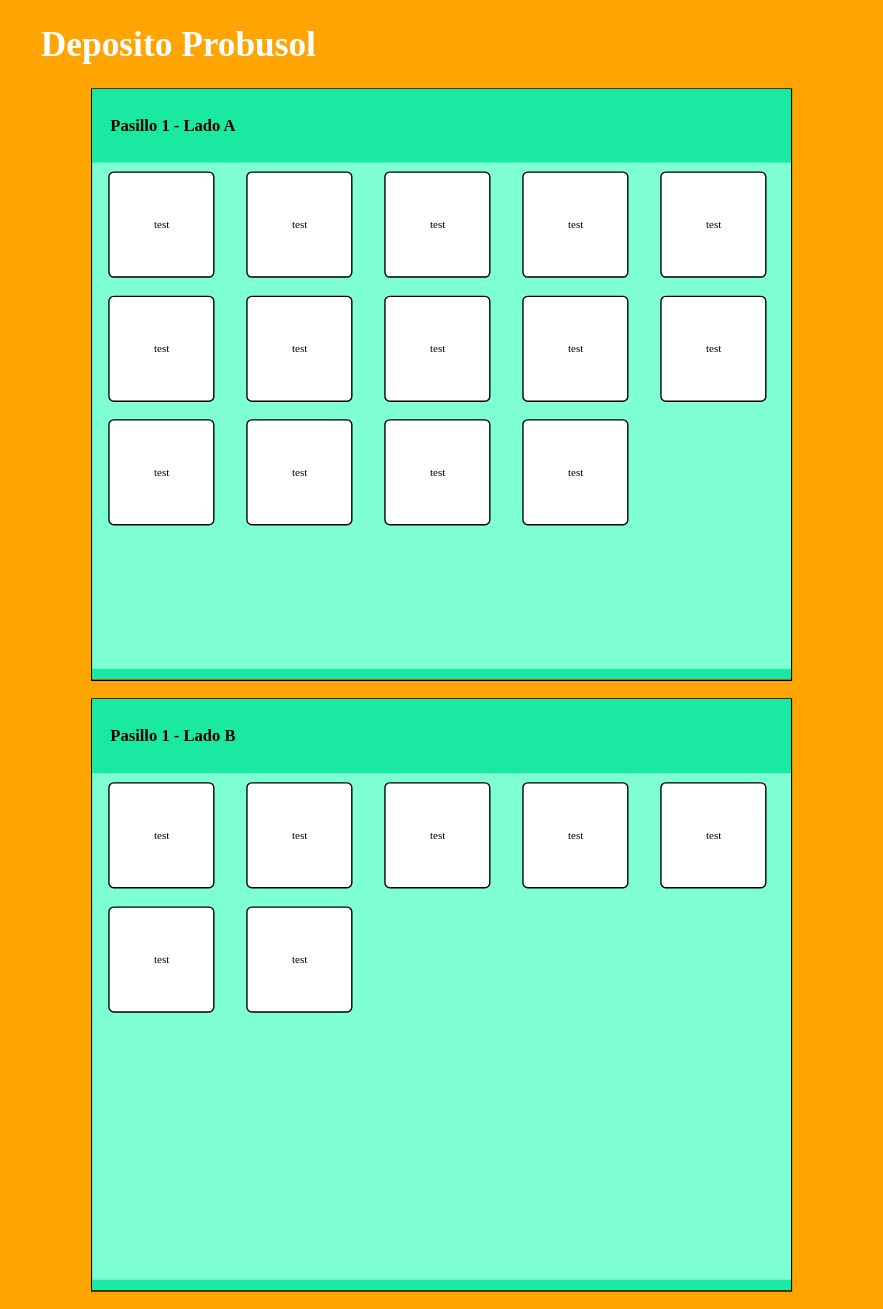
Repository: Franzcod/DepoStock_Web
Page: index.html
The author's editor kept a copy of each file at every save. The page is drawn from the files as they stood at one save, then again after the next save.
The browser window is 1280 px wide. The pictures show the whole page, at 69% of full size.

Above is the page before, as saved 2020-06-07 18:17:05.
Console error: ReferenceError: ur is not defined

### index.html
<!DOCTYPE html>
<html lang="en">
<head>
    <meta charset="UTF-8">
    <meta name="viewport" content="width=device-width, initial-scale=1.0">
    <title>Deposito Probusol</title>

    <link rel="stylesheet" href="estilo/estilo.css">
</head>
<body>

    <div class="titulo">
        <h1>Deposito Probusol</h1>
    </div>


    <div class="app">
        <h2>Pasillo 1 - Lado A</h2>

        <ul class="hs">
            <li class="item">test</li>
            <li class="item">test</li>
            <li class="item">test</li>
            <li class="item">test</li>
            <li class="item">test</li>
            <li class="item">test</li>
            <li class="item">test</li>
            <li class="item">test</li>
            <li class="item">test</li>
            <li class="item">test</li>
            <li class="item">test</li>
            <li class="item">test</li>
            <li class="item">test</li>
            <li class="item">test</li>
            <li class="item">test</li>
            <li class="item">test</li>
            <li class="item">test</li>
            <li class="item">test</li>
            <li class="item">test</li>
            <li class="item">test</li>
            <li class="item">test</li>
            <li class="item">test</li>
            <li class="item">test</li>
            <li class="item">test</li>

        </ul>

        <!-- <div class="container">
            <div class="item">
            <h3>Block for context</h3>
            </div>
        </div> -->
    </div>

    <div class="app">
        <h2>Pasillo 1 - Lado B</h2>

        <ul class="hs">
            <li class="item">test</li>
            <li class="item">test</li>
            <li class="item">test</li>
            <li class="item">test</li>
            <li class="item">test</li>
            <li class="item">test</li>
            <li class="item">test</li>
            <li class="item">test</li>
            <li class="item">test</li>
            <li class="item">test</li>
            <li class="item">test</li>
            <li class="item">test</li>

        </ul>

        <!-- <div class="container">
            <div class="item">
            <h3>Block for context</h3>
            </div>
        </div> -->
    </div>






    <script>ur</script>

</body>







</html>

### estilo/estilo.css
html{
    background-color: rgba(255, 164, 0, 1);
}

.titulo{
    margin: 2vw 4vw;
    align-items: flex-start;
    color: #fff;
    font-size: 2vw;
}


:root {
--gutter: 20px;
}

.app {
    padding: var(--gutter) 0;
    display: grid;
    grid-gap: var(--gutter) 0;
    border: 2px solid black;
    /* grid-template-columns: var(--gutter) 1fr var(--gutter);  */
    align-content: start;
    width: 80%;
    height: 75%;
    background: rgb(26, 233, 161);
    /* overflow-y: scroll; */
    margin: 2vw auto;
    overflow-x: auto;
}


.hs {
    display: grid;
    grid-template-columns: repeat(10, 1fr);
    grid-template-rows: repeat(4, 2fr);
    overflow-x: auto;
    /* scroll-snap-type: x proximity; */
    padding-bottom: calc(.75 * var(--gutter));
    margin-bottom: calc(-.25 * var(--gutter));
    background-color: aquamarine;
    width: 2000px;
}

/* Demo styles */

ul {
    list-style: none;
    padding: 0;
    margin: 0;
}


h2{
    margin-left: 2vw;
}
h3 {
    margin: auto;
}



.hs > li,
.item {
    /* scroll-snap-align: center; */
    /* padding: calc(var(--gutter) / 1 ); */
    display: flex;
    flex-direction: column;
    justify-content: center;
    align-items: center;
    background: #fff;
    border: 2px solid black;
    border-radius: 8px;
    height: 150px;
    width: 150px;
    margin: 1vw auto;

}

After the next save:
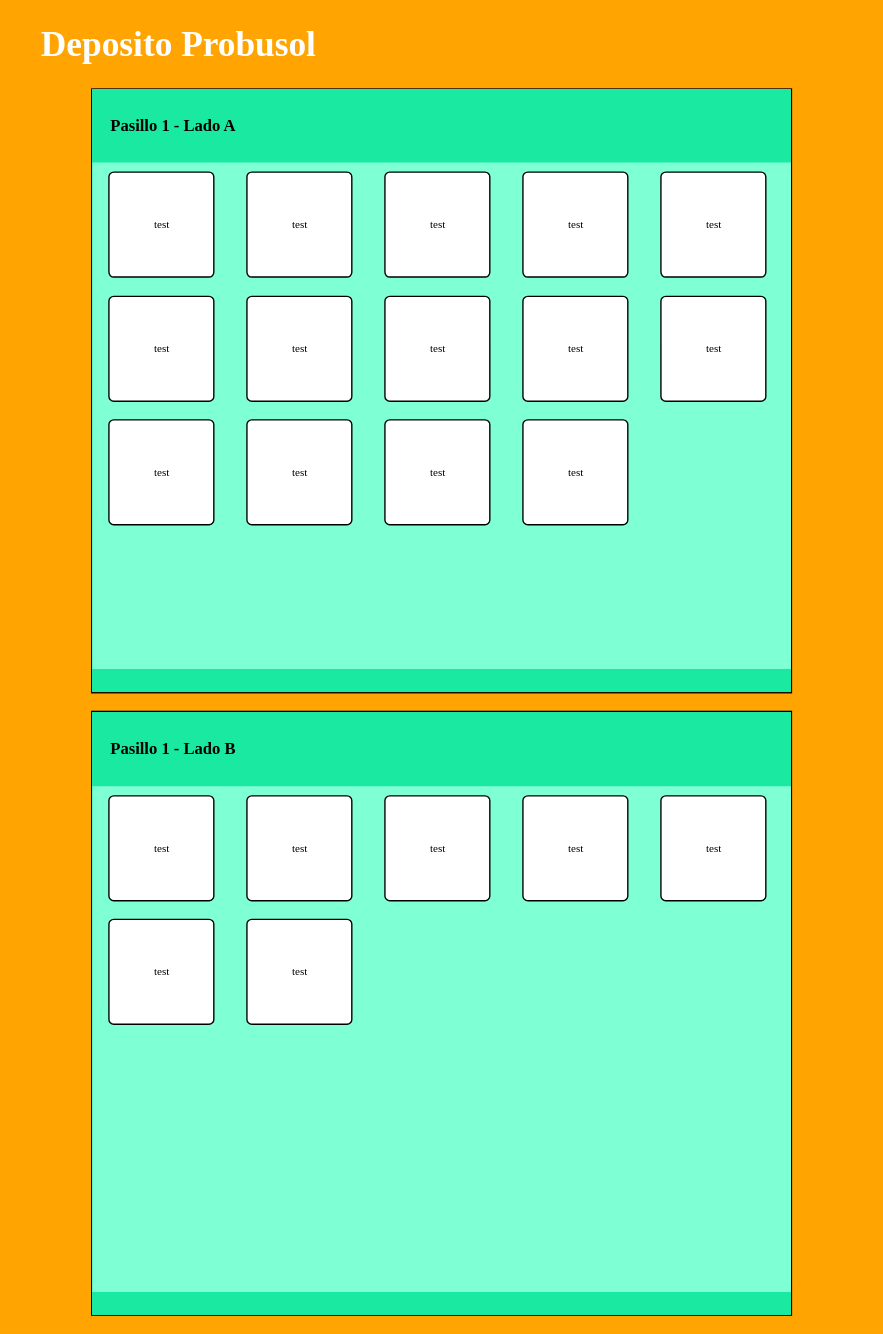
Saved 73 s later.
--- a/estilo/estilo.css
+++ b/estilo/estilo.css
@@ -37,7 +37,7 @@ html{
     overflow-x: auto;
     /* scroll-snap-type: x proximity; */
     padding-bottom: calc(.75 * var(--gutter));
-    margin-bottom: calc(-.25 * var(--gutter));
+    margin-bottom: 1vw;
     background-color: aquamarine;
     width: 2000px;
 }
